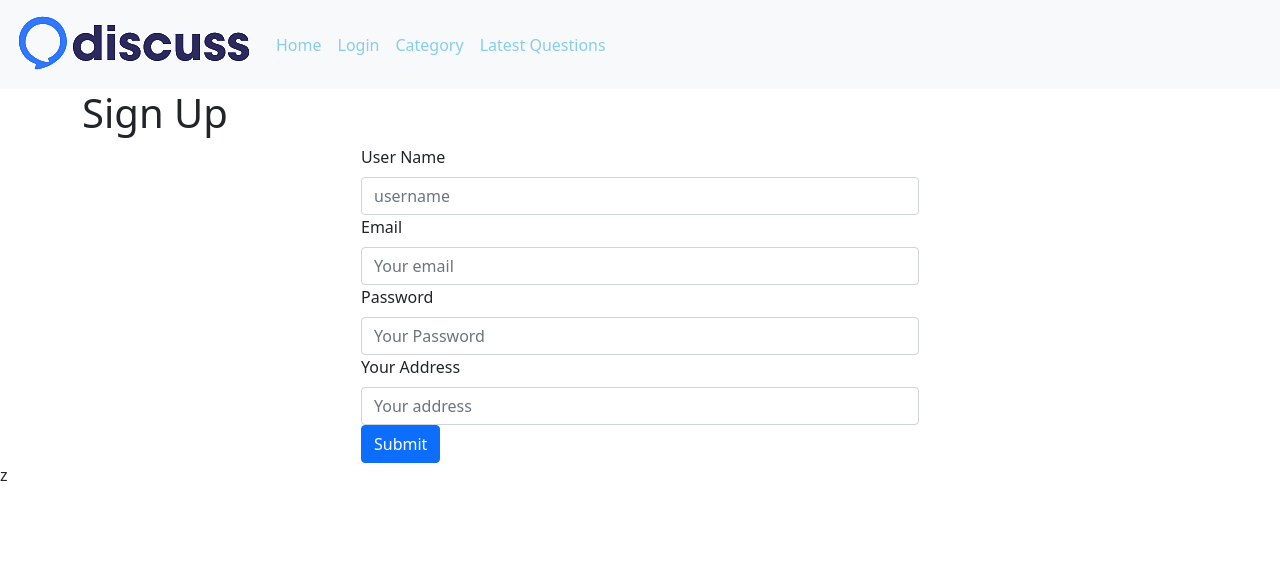
Repository: zeeShanizeeshan/php-project
Page: http://localhost/?signup=true
An editor plug-in stored every save of this project. The page is shown before and after the next save, followed by the edit.
The browser window is 1280 px wide. The pictures show the whole page.
The page is run by PHP 8.4 with error messages shown; the project is at /var/www/html/.

Above is the page before, as saved 2025-12-02 16:41:15.

### index.php
<!DOCTYPE html>
<html lang="en">

<head>
    <meta charset="UTF-8">
    <title>Discuss Project</title>
    <?php include('./client/commonFiles.php') ?>
</head>

<body>
    <?php
    include('./client/header.php');
    include('./client/signup.php');
    ?>
</body>

</html>

### client/commonFiles.php
<link href="https://cdn.jsdelivr.net/npm/bootstrap@5.0.2/dist/css/bootstrap.min.css" rel="stylesheet" integrity="sha384-EVSTQN3/azprG1Anm3QDgpJLIm9Nao0Yz1ztcQTwFspd3yD65VohhpuuCOmLASjC" crossorigin="anonymous">
<script src="https://cdn.jsdelivr.net/npm/bootstrap@5.0.2/dist/js/bootstrap.bundle.min.js" integrity="sha384-MrcW6ZMFYlzcLA8Nl+NtUVF0sA7MsXsP1UyJoMp4YLEuNSfAP+JcXn/tWtIaxVXM" crossorigin="anonymous"></script>
<link rel="stylesheet" href="./public/style.css">
</link>

### client/header.php
<nav class="navbar navbar-expand-lg navbar-light bg-light">
    <div class="container-fluid">
        <a class="navbar-brand" href="#">
            <img src="./public/discusslogo.png" alt="">
        </a>
        <div class="collapse navbar-collapse" id="navbarNav">
            <ul class="navbar-nav">
                <li class="nav-item">
                    <a class="nav-link active" aria-current="page" href="#">Home</a>
                </li>
                <li class="nav-item">
                    <a class="nav-link" href="#">Login</a>
                </li>
                <li class="nav-item">
                    <a class="nav-link" href="#">Category</a>
                </li>
                <li class="nav-item">
                    <a class="nav-link" href="#">Latest Questions</a>
                </li>
            </ul>
        </div>
    </div>
</nav>

### client/signup.php
<div class="container">
    <h1>Sign Up</h1>
    <form>

        <div class="col-6 offset-sm-3">
            <label for="username" class="form-label">User Name</label>
            <input type="text" class="form-control" id="username" placeholder="username">
        </div>

        <div class="col-6 offset-sm-3">
            <label for="email" class="form-label">Email</label>
            <input type="text" class="form-control" id="email" placeholder="Your email">
        </div>

        <div class="col-6 offset-sm-3">
            <label for="Password" class="form-label">Password</label>
            <input type="Password" class="form-control" id="Password" placeholder="Your Password">
        </div>

        <div class="col-6 offset-sm-3">
            <label for="address" class="form-label">Your Address</label>
            <input type="text" class="form-control" id="address" placeholder="Your address">
        </div>
        <div class="col-6 offset-sm-3">
            <button type="submit" class="btn btn-primary">Submit</button>

        </div>
    </form>
</div>z

### public/style.css
a{
    color: skyblue !important;
}

.margin-bottom{
    margin-bottom: 15px;
}

After the next save:
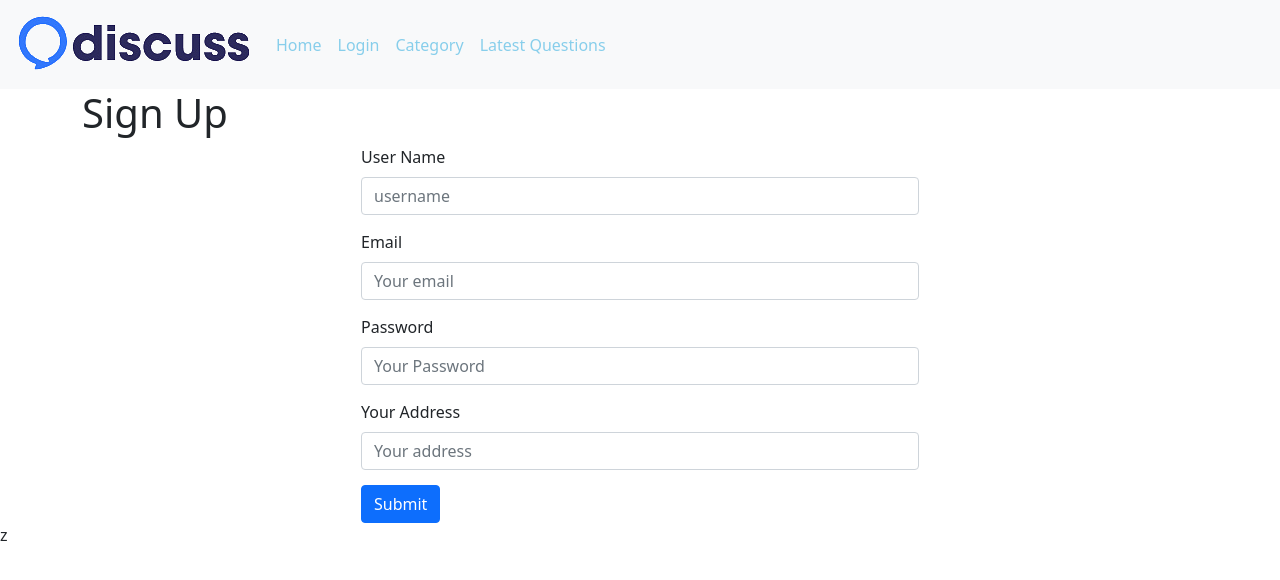
Saved 44 s later.
--- a/client/signup.php
+++ b/client/signup.php
@@ -2,22 +2,22 @@
     <h1>Sign Up</h1>
     <form>
 
-        <div class="col-6 offset-sm-3">
+        <div class="col-6 offset-sm-3 margin-bottom ">
             <label for="username" class="form-label">User Name</label>
             <input type="text" class="form-control" id="username" placeholder="username">
         </div>
 
-        <div class="col-6 offset-sm-3">
+        <div class="col-6 offset-sm-3 margin-bottom">
             <label for="email" class="form-label">Email</label>
             <input type="text" class="form-control" id="email" placeholder="Your email">
         </div>
 
-        <div class="col-6 offset-sm-3">
+        <div class="col-6 offset-sm-3 margin-bottom ">
             <label for="Password" class="form-label">Password</label>
             <input type="Password" class="form-control" id="Password" placeholder="Your Password">
         </div>
 
-        <div class="col-6 offset-sm-3">
+        <div class="col-6 offset-sm-3 margin-bottom">
             <label for="address" class="form-label">Your Address</label>
             <input type="text" class="form-control" id="address" placeholder="Your address">
         </div>
